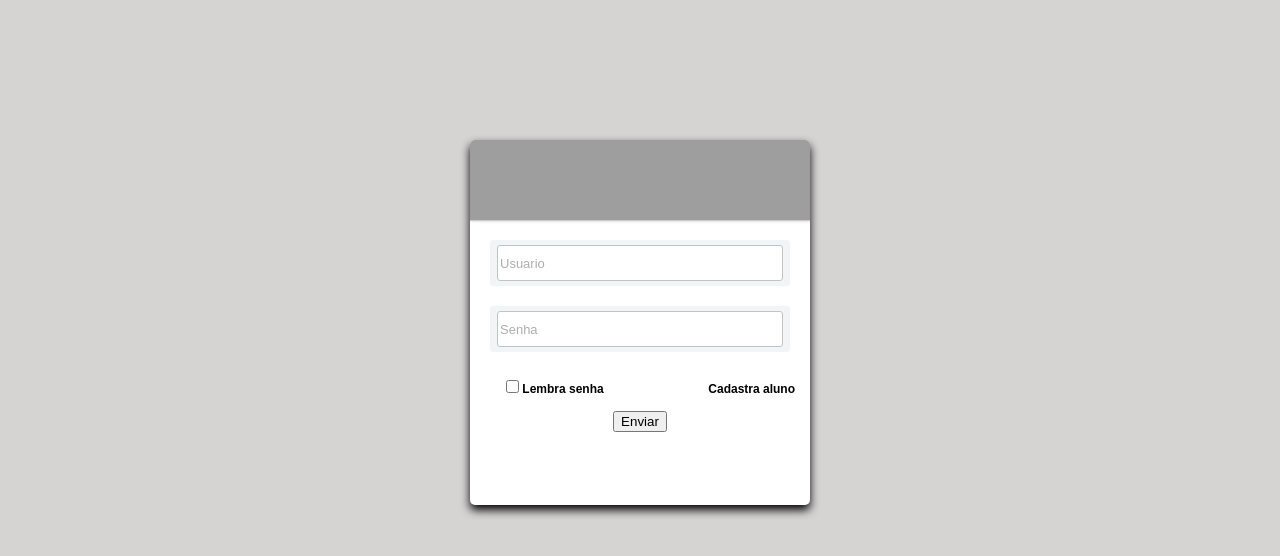
Repository: luisjonson/ProjetoWebAcademia
Page: http://localhost/RepositorioWebProject/Login.jsp
An editor plug-in stored every save of this project. The page is shown before and after the next save, followed by the edit.
The browser window is 1280 px wide. The pictures show the whole page.
Pictures or frames that could not be fetched are drawn as grey boxes. The page is served by Tomcat 9. Other server files are loaded and not shown.

Above is the page before, as saved 2017-04-10 02:26:26.

### Projeto_Web/RepositorioWebProject/WebContent/Login.jsp
<%@ page language="java" contentType="text/html; charset=utf-8"
	pageEncoding="ISO-8859-1"%>
<!DOCTYPE
 html PUBLIC "-//W3C//DTD HTML 4.01 Transitional//EN" "http://www.w3.org/TR/html4/loose.dtd">
<html>
<head>

</head>

<title>Login</title>

<style type="text/css" >

body {
	background-color: #D6D3D3;
}

#login-box {
	background-color: #ECECEC;
	width: 340px;
	height: 365px;
	margin: 140px auto 0px;
	border-radius: 5px;

}

#login-box-interno {
	width: 340px;
	height: 365px;
	background-color:white;
	position: absolute;
	border-radius: 5px;
	box-shadow: 0px 5px 10px black;
	overflow: hidden;
}

#login-box-label {
	background-color:#D6D3D3;
	height:80px;
	text-align:center;
    font:bold 12px/12px sans-serif;
    border-top-left-radius:5px;
    border-top-right-radius:5px;
    border-bottom:1px solid #cccccc;
    box-shadow:1px 0px 3px #ccc4c5;
}

#imagens{
	max-width: 800px;
}

.input-div{

	margin: 20px;
	padding: 5px;
   background-color:#f2f5f7;

	border-radius: 3px;
}

.input-div input{

	width: 280px;
	height: 32px;
	padding-left: 2px;
	font: normal 13px sans-serif;
	color: #aeaeae;
	border-radius: 3px;
	border: 1px solid #bfc4c6;
    outline:none;
}

.input-div:hover{
	background-color: #8C8C8A;
}

.input-div:hover input{
	border-color: #797B79
}
.input-senha{
  margin-top:-10px;
  }

  #botoes{
    width:300px;
    margin-left:10px;
  }

  #lembra-senha{
  	float: left; width: 40%;
  	 padding:5px 15px;
    font:bold 12px sans-serif;
    border-radius:20px;
    text-shadow:0px 1px 0px white;
  }

  #CadastraAluno{

  	 float: left 40%;
    padding:10px 15px;
    font:bold 12px sans-serif;
    border-radius:20px;
    text-shadow:0px 1px 0px white;
  }
  #botao{
    float:inherit;
    padding:15px 15px;
    font:bold 12px sans-serif;
    border-radius:20px;
    text-shadow:0px 1px 0px white;

  }

  #CadastraAluno{
    font:bold 12px sans-serif;
     float:right;
     margin-left: right;
  }

</style>
<body>
	<div id="login-box">

		<div id="login-box-interno">

			<div id="login-box-label">

				<div id=imagens><img alt="Smart Fit" src="C:\Users\nano\workspace\ProjetoWebAcademia\Projeto_Web\RepositorioWebProject\WebContent\Imagem\Smart.png" width="340" height="80"/></div>

				<div class="input-div" id="input-usuario">
					<input type="text" value="Usuario">
				</div>

				<div class="input-div" id="input-senha">
					<input type="text" value="Senha">
				</div>

                  <div id="lembra-senha"><input type="checkbox"/>Lembra senha</div>
                  <div id="CadastraAluno">Cadastra aluno</div><br><br>
                    <div id="botao" ><input type="submit" name="enviar" value="Enviar"></div>


              </div>
         </div>
	</div>




</body>
</html>

After the next save:
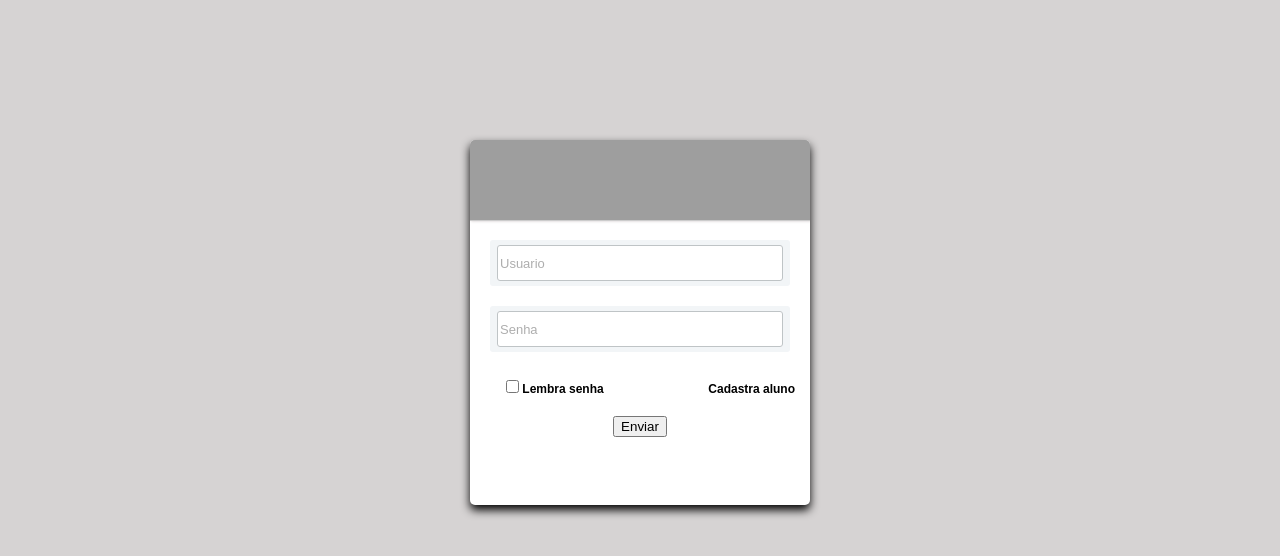
Saved 11 s later.
--- a/Projeto_Web/RepositorioWebProject/WebContent/Login.jsp
+++ b/Projeto_Web/RepositorioWebProject/WebContent/Login.jsp
@@ -104,7 +104,7 @@ body {
   }
   #botao{
     float:inherit;
-    padding:15px 15px;
+    padding:20px 15px;
     font:bold 12px sans-serif;
     border-radius:20px;
     text-shadow:0px 1px 0px white;
